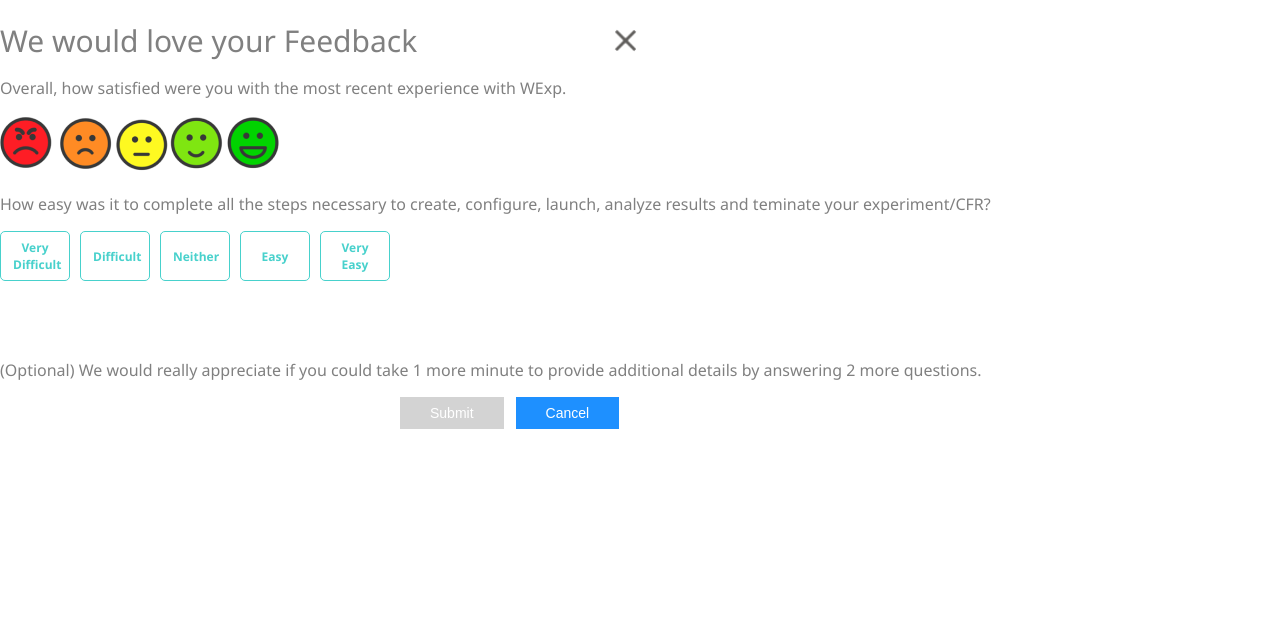
Repository: msfinnan/react-mobx-feedback-form
Page: /
The author's editor kept a copy of each file at every save. The page is drawn from the files as they stood at one save, then again after the next save.
The browser window is 1280 px wide. The pictures show the whole page.
The project was rebuilt for these pictures with package versions that can differ from the ones it lists, and the page was loaded fresh each time.

Above is the page before, as saved 2019-08-28 10:13:06.

### src/index.tsx
import * as React from 'react';
import * as ReactDOM from 'react-dom';
import './index.css';
import App from './App';
import * as serviceWorker from './serviceWorker';
import { BodyTextStore } from './stores/BodyTextStore';

ReactDOM.render(<App bodyTextStore={new BodyTextStore}/>, document.getElementById('root'));

// If you want your app to work offline and load faster, you can change
// unregister() to register() below. Note this comes with some pitfalls.
// Learn more about service workers: https://bit.ly/CRA-PWA
serviceWorker.unregister();

### src/App.tsx
import * as React from 'react';
import './App.css';
import './Components/BodyText';
// import BodyText from './Components/BodyText';
import { EmojiCollection } from './Components/EmojiCollection';
import { DifficultyButtonCollection } from './Components/DifficultyButtonCollection';
import { SubmissionButtonCollection } from './Components/SubmissionButtonCollection';
import { BodyText } from './Components/BodyText';
import { CommentBox } from './Components/CommentBox';
import { BodyTextStore } from './stores/BodyTextStore';
import { tsExpressionWithTypeArguments } from '@babel/types';
import { CommentBoxStore } from './stores/CommentBoxStore';

interface AppProps {
  bodyTextStore: BodyTextStore;
  // commentBoxStore?: CommentBoxStore;
}

class App extends React.Component<AppProps, {}> {
  public render() {
    return (

      <div className="app">
        <div className="top-row">
          <h1 className="header">
            We would love your Feedback
        </h1>
          <img className="close-button" src={require('./images/close_button.PNG')} alt="close button" />
        </div>

        <BodyText text={ this.props.bodyTextStore.firstText } />
        <EmojiCollection />
        <BodyText text={ this.props.bodyTextStore.secondText } />
        <DifficultyButtonCollection />
        {/* <CommentBox text={ this.props.commentBoxStore.commentBoxText } commentBoxClassName={ this.props.commentBoxStore.commentBoxClassName } /> */}
        <BodyText text={ this.props.bodyTextStore.thirdText } />
        <SubmissionButtonCollection />
      </div>

    );
  }
}

export default App;

### src/stores/BodyTextStore.ts
import { observable } from "mobx";

export class BodyTextStore {

    @observable public firstText: string = "Overall, how satisfied were you with the most recent experience with WExp."

    @observable public secondText: string = "How easy was it to complete all the steps necessary to create, configure, launch, analyze results and teminate your experiment/CFR?"

    @observable public thirdText: string ="(Optional) We would really appreciate if you could take 1 more minute to provide additional details by answering 2 more questions."
}

### src/App.css
.app {
    font-family: 'Segoe UI', Tahoma, Verdana, sans-serif;
    font-weight: 500;
    color: grey;
}

.form {
    border: solid dodgerblue 2px;
    padding: 0px 20px 30px 20px;
    width: 625px;
    margin-top: 20px;
    margin-bottom: 20px;
}

.top-row {
    display: flex;
}

.header {
    font-weight: normal;
    font-size: 30px;
    margin-bottom: 0px;
}

.close-button {
    margin-left: 190px;
    margin-top: 25px;
    height: 32px;
}

.buttons-row {
    padding-bottom: 50px;
    display: flex;
}

.difficulty-button {
    color: mediumturquoise;
    background-color:white;
    border: 1px solid mediumturquoise;;
    border-radius: 5px;
    padding-left: 12px;
    padding-right: 12px;
    margin-right: 10px;
    margin-bottom: 12px;
    font-weight: 600;
    font-size: 12px;
    font-family: 'Segoe UI', Tahoma, Verdana, sans-serif;
    width: 70px;
    height: 50px;
    white-space: normal;
}

.difficulty-button-clicked {
    color: mediumturquoise;
    background-color:#E8E8E8;
    border: 1px solid mediumturquoise;;
    border-radius: 5px;
    padding-left: 12px;
    padding-right: 12px;
    margin-right: 10px;
    margin-bottom: 12px;
    font-weight: 600;
    font-size: 12px;
    font-family: 'Segoe UI', Tahoma, Verdana, sans-serif;
    width: 70px;
    height: 50px;
    white-space: normal;
}

.experince-details-textbox {
    width: 600px;
    height: 150px;
    vertical-align: top;
    padding-top: 10px;
    padding-left: 10px;
    text-align: start;
    color: gray;
    font-size: 16px;
    font-family: 'Segoe UI', Tahoma, Verdana, sans-serif;
    font-weight: 500;
    margin-bottom: 2px;
}

.submission-buttons-row {
    margin-left: 400px;
    display: flex;
}

.submit-button {
    background-color: lightgrey;
    border: none;
    color: white;
    padding: 8px 30px;
    text-align: center;
    text-decoration: none;
    font-size: 14px;
    margin-right: 12px;
}

.cancel-button {
    background-color: dodgerblue;
    border: none;
    color: white;
    padding: 8px 30px;
    text-align: center;
    text-decoration: none;
    font-size: 14px;
}

.submit-button-clicked {
    background-color: lightgreen;
    border: none;
    color: white;
    padding: 8px 30px;
    text-align: center;
    text-decoration: none;
    font-size: 14px;
    margin-right: 12px;
}

.cancel-button-clicked {
    background-color: lightcoral;
    border: none;
    color: white;
    padding: 8px 30px;
    text-align: center;
    text-decoration: none;
    font-size: 14px;
}

.emoji-border {
    border: 2px solid #E8E8E8;
}

.user-feedback {
    border: solid dodgerblue 2px;
    padding: 0px 20px 30px 20px;
    width: 625px;
    margin-top: 20px;
    margin-bottom: 20px;
    color: grey;
}

.user-feedback strong {
    font-weight: 500;
}

### src/Components/BodyText.tsx
import * as React from 'react';

export interface BodyProps {
    text: string;
}

//: React.FunctionComponent<BodyProps>

export const BodyText: React.FunctionComponent<BodyProps> = (props: BodyProps): JSX.Element => {
    return (
        <p className="grey-body-text">
            { props.text }
        </p>
    );
}

### src/Components/EmojiCollection.tsx
import * as React from 'react';
import { Emoji } from './Emoji';


export const EmojiCollection: React.FunctionComponent = (): JSX.Element => {

    const emojis: { src: string, alt: string }[] = [
        {
            src: 'images/red_emoji.PNG',
            alt: "red emoji",
        },
        {
            src: 'images/orange_emoji.PNG',
            alt: "orange emoji",
        },
        {
            src: 'images/yellow_emoji.PNG',
            alt: "yellow emoji",
        },
        {
            src: 'images/lt_green_emoji.PNG',
            alt: "light green emoji",
        },
        {
            src: 'images/dk_green_emoji.PNG',
            alt: "dark green emoji",
        },
    ];

    const emojiComponents = emojis.map((emoji, i) => {
        return (
            <Emoji key={i} src={emoji.src} alt={emoji.alt} />
        );
    });

    return (
        <div>
            { emojiComponents }
        </div>
    );

};

### src/Components/DifficultyButtonCollection.tsx
import * as React from 'react';
import { DifficultyButton } from './DifficultyButton';

export const DifficultyButtonCollection: React.FunctionComponent = (): JSX.Element => {
    const difficultyButtons: { buttonText: string }[] = [
        {
            buttonText: "Very Difficult"
        },
        {
            buttonText: "Difficult"
        },
        {
            buttonText: "Neither"
        },
        {
            buttonText: "Easy"
        },
        {
            buttonText: "Very Easy"
        },
    ];

    const difficultyButtonComponents = difficultyButtons.map((button, i) => {
        return (
            <DifficultyButton key={i} buttonText={button.buttonText} />
        )
    })
    return (
        <div className="buttons-row">
            { difficultyButtonComponents }
        </div>
    );


};

### src/Components/SubmissionButtonCollection.tsx
import * as React from 'react';
import { SubmissionButton } from './SubmissionButton';

export const SubmissionButtonCollection: React.FunctionComponent = (): JSX.Element => {
    const submissionButtons: { buttonClass: string, buttonText: string }[] = [
        {
            buttonText: "Submit",
            buttonClass: "submit-button",
        },
        {
            buttonText: "Cancel",
            buttonClass: "cancel-button",
        },
    ];

    const submissionButtonComponents = submissionButtons.map((button, i) => {
        return (
            <SubmissionButton key={i} buttonText={button.buttonText} buttonClass={button.buttonClass} />
        )
    })
    return (
        <div className="submission-buttons-row">
            { submissionButtonComponents }
        </div>
    );


};

### src/Components/Emoji.tsx
import * as React from 'react';
import { observer } from 'mobx-react';
import { observable, action } from 'mobx';


interface EmojiProps {
    src: string;
    alt: string;
}

@observer
export class Emoji extends React.Component<EmojiProps, {}> {
    @observable private buttonClicked: boolean;

    constructor(props: EmojiProps) {
        super(props);
        this.buttonClicked = false;

    }

    @action
    private onButtonClick = (): void => {
        this.buttonClicked = !this.buttonClicked;
    }

    public render(): JSX.Element {
        return (
            <img
                src={ this.props.src }
                className={ this.buttonClicked ? "emoji-border" : null }
                alt={ this.props.alt }
                onClick={ this.onButtonClick }>
            </img>
        );
    }
}

### src/Components/DifficultyButton.tsx
import * as React from 'react';
import { observer } from 'mobx-react'
import { action, observable } from 'mobx';


interface DifficultyButtonProps {
    buttonText: string;
}

@observer
export class DifficultyButton extends React.Component<DifficultyButtonProps, {}> {
    @observable private buttonClicked: boolean;

    constructor(props: DifficultyButtonProps) {
        super(props);
        this.buttonClicked = false;
    }

    @action
    private onButtonClick = (): void => {
        this.buttonClicked = !this.buttonClicked
    };

    public render(): JSX.Element {
        return (
            <button
                className={ this.buttonClicked ? "difficulty-button-clicked": "difficulty-button" }
                type="button"
                onClick={ this.onButtonClick }>
                { this.props.buttonText }
            </button>
        );
    }
}

### src/Components/SubmissionButton.tsx
import * as React from 'react';
import { observable, action } from 'mobx';
import { observer } from 'mobx-react';

interface SubmissionButtonProps {
    buttonText: string;
    buttonClass: string;
}

@observer
export class SubmissionButton extends React.Component<SubmissionButtonProps, {}> {
    @observable private buttonClicked: boolean;

    constructor(props: SubmissionButtonProps) {
        super(props);
        this.buttonClicked = false;
    }

    @action
    private onButtonClick = (): void => {
        this.buttonClicked = !this.buttonClicked
    }

    public render(): JSX.Element {
        return (
            <button
                type="button"
                className={ this.buttonClicked ? this.props.buttonClass + "-clicked" : this.props.buttonClass }
                onClick={ this.onButtonClick }>
                { this.props.buttonText }
            </button>

        );
    }
}

### src/stores/CommentBoxStore.ts
import { observable } from "mobx";

export class CommentBoxStore {
    @observable public commentBoxText: string = "(Optional) Provide details about your experience";

    @observable public commentBoxClassName: string = "experince-details-textbox";
}

### src/Components/CommentBox.tsx
import * as React from 'react';

type CommentBoxProps = {
    text: string
    commentBoxClassName: string
}

export class CommentBox extends React.Component<CommentBoxProps, {}> {


    private onTextInput = (event: React.FormEvent<HTMLTextAreaElement>) => {
        const letterNumber = /^[a-zA-Z0-9',.!? ]*$/;

        if (!event.currentTarget.value.match(letterNumber)){
            alert("Symbols not allowed");
        }
    }


    public render() {
        return (
            <textarea
                className={ this.props.commentBoxClassName } //could do something with isValidText for conditional formatting here
                onChange={ this.onTextInput }
                placeholder={ this.props.text }></textarea>
        );
    }
}

Loaded but not shown: public/index.html (common file); src/index.css (common file); src/serviceWorker.js (common file)

After the next save:
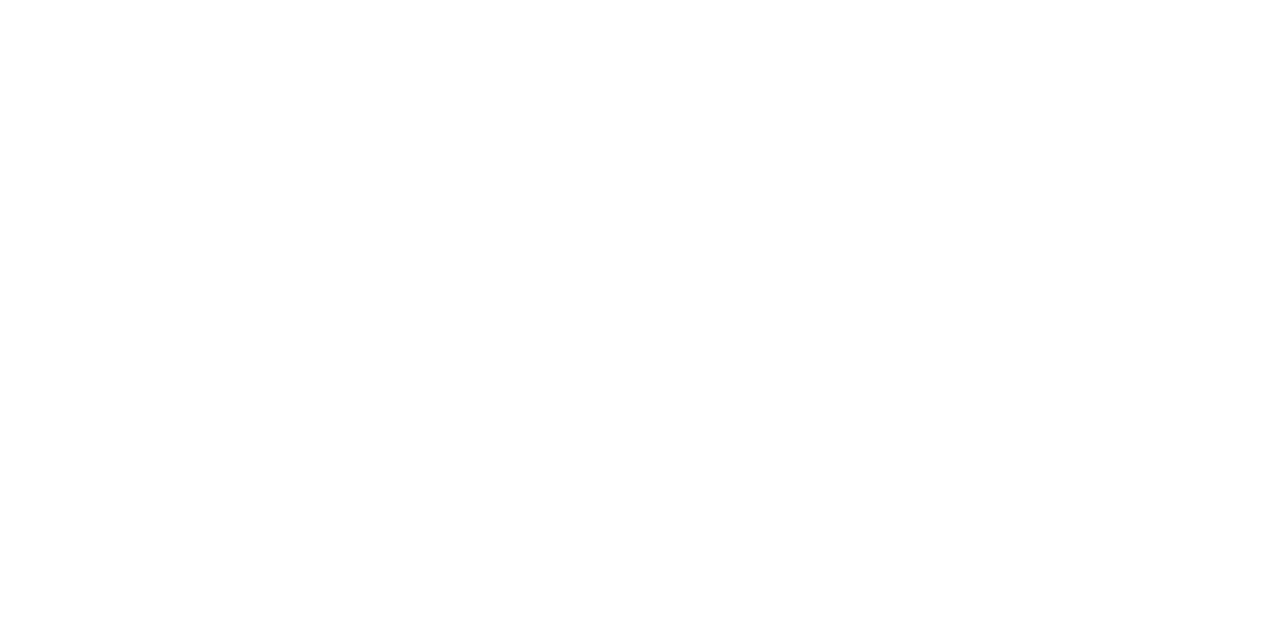
Console error: TypeError: Cannot read properties of undefined (reading 'commentBoxText')
Saved 10 s later.
--- a/src/App.tsx
+++ b/src/App.tsx
@@ -13,7 +13,7 @@
 
 interface AppProps {
   bodyTextStore: BodyTextStore;
-  // commentBoxStore?: CommentBoxStore;
+  commentBoxStore?: CommentBoxStore;
 }
 
 class App extends React.Component<AppProps, {}> {
@@ -32,7 +32,7 @@
         <EmojiCollection />
         <BodyText text={ this.props.bodyTextStore.secondText } />
         <DifficultyButtonCollection />
-        {/* <CommentBox text={ this.props.commentBoxStore.commentBoxText } commentBoxClassName={ this.props.commentBoxStore.commentBoxClassName } /> */}
+        <CommentBox text={ this.props.commentBoxStore.commentBoxText } commentBoxClassName={ this.props.commentBoxStore.commentBoxClassName } />
         <BodyText text={ this.props.bodyTextStore.thirdText } />
         <SubmissionButtonCollection />
       </div>

After the save that followed:
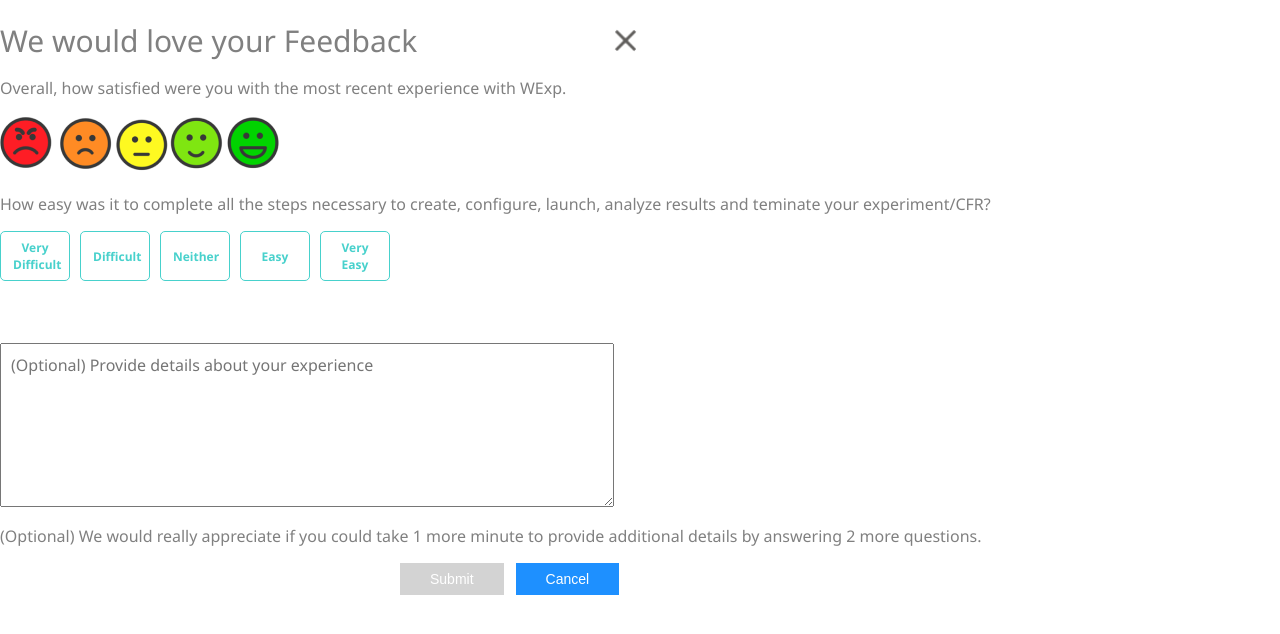
The error is gone.
Saved 24 s later.
--- a/src/index.tsx
+++ b/src/index.tsx
@@ -4,8 +4,9 @@
 import App from './App';
 import * as serviceWorker from './serviceWorker';
 import { BodyTextStore } from './stores/BodyTextStore';
+import { CommentBoxStore } from './stores/CommentBoxStore';
 
-ReactDOM.render(<App bodyTextStore={new BodyTextStore}/>, document.getElementById('root'));
+ReactDOM.render(<App bodyTextStore={ new BodyTextStore } commentBoxStore={ new CommentBoxStore }/>, document.getElementById('root'));
 
 // If you want your app to work offline and load faster, you can change
 // unregister() to register() below. Note this comes with some pitfalls.
